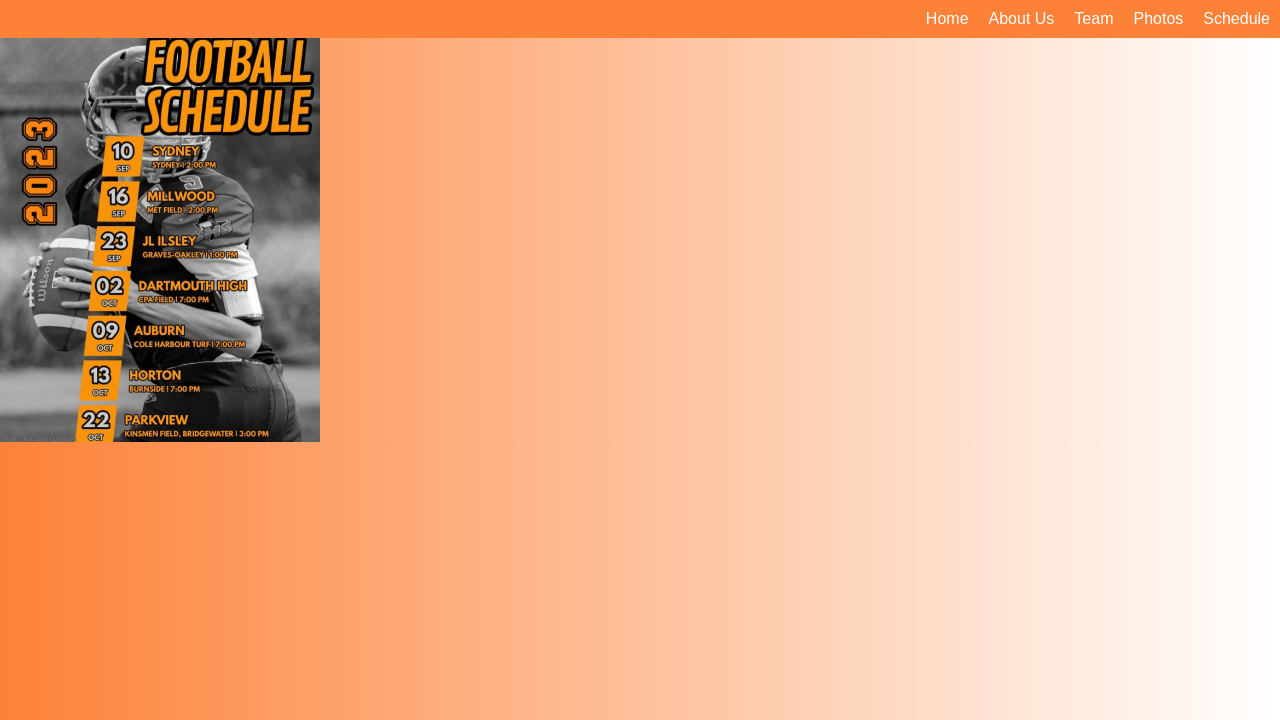
Repository: SHSFootballRepo/Website
Page: public/schedule.html
An editor plug-in stored every save of this project. The page is shown before and after the next save, followed by the edit.
The browser window is 1280 px wide. The pictures show the whole page.

Above is the page before, as saved 2023-08-19 19:04:29.

After the next save:
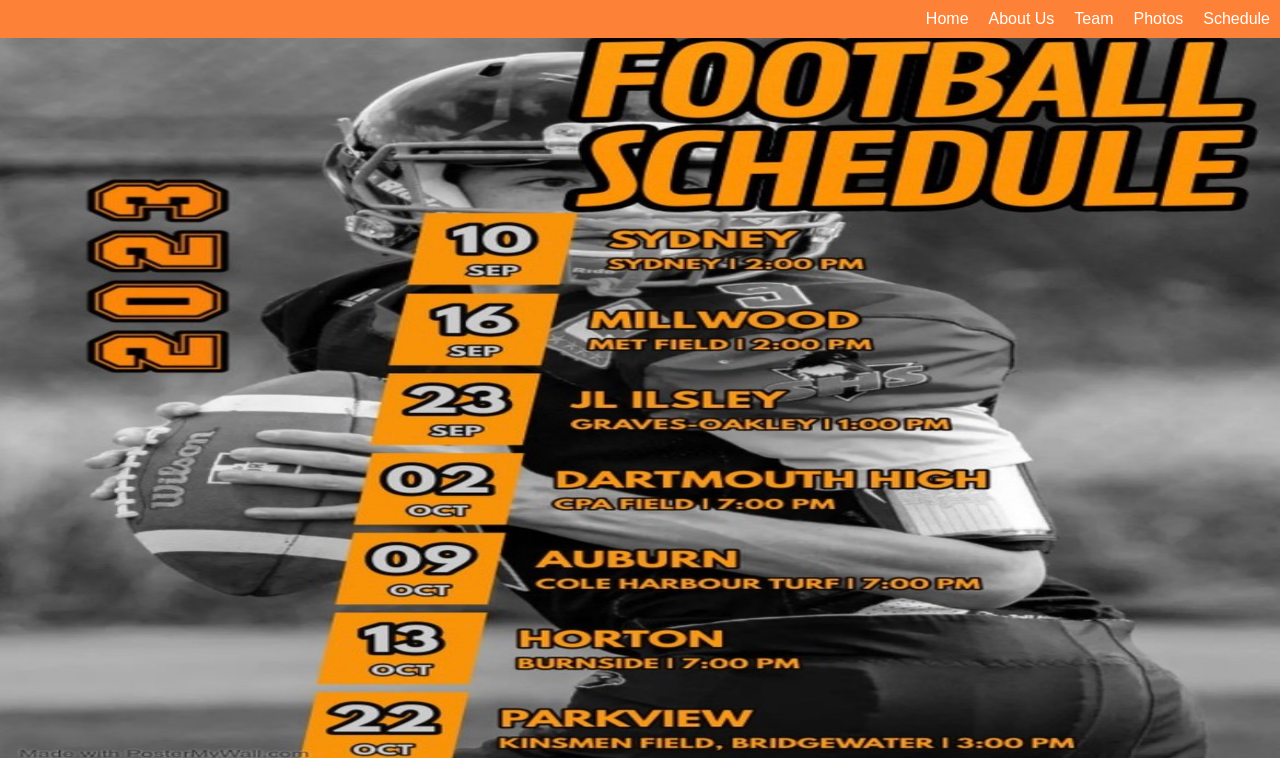
Saved 31 s later.
--- a/public/styles.css
+++ b/public/styles.css
@@ -114,8 +114,8 @@
 
 .schedule1 img {
     position: relative;
-    width: 25%; /* Adjust this if needed */
-    height: 25%; /* Adjust this if needed */
+    width: 100%; /* Adjust this if needed */
+    height: 100vh; /* Adjust this if needed */
     display: flex;
     justify-content: center;
     align-items: center;
